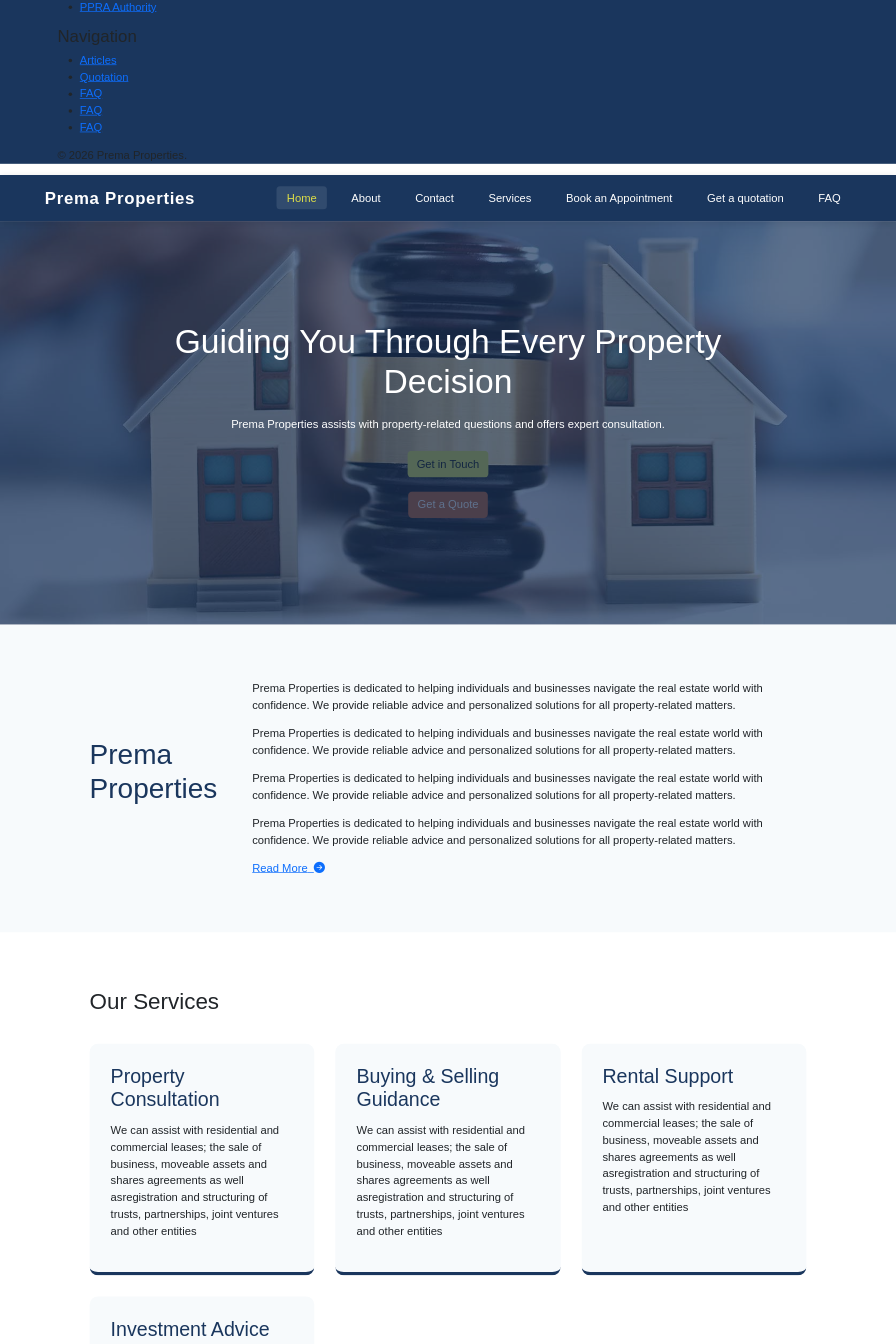
Repository: mnqobiMenzi/Prema-Properties
Page: index.html
An editor plug-in stored every save of this project. The page is shown before and after the next save, followed by the edit.
The browser window is 1280 px wide. The pictures show the part of the page from y = 2980 to 4900 px (the page is 6235 px tall before and 3230 px after), at 70% of full size.

Above is the page before, as saved 2026-02-10 12:11:22.

### index.html
<!DOCTYPE html>
<html lang="en">
<head>
  <meta charset="UTF-8">
  <meta name="viewport" content="width=device-width, initial-scale=1.0">
  <title>prem Properties</title>
  <link rel="stylesheet" href="CSS/style.css">
  <link rel="stylesheet" href="https://cdn.jsdelivr.net/npm/bootstrap-icons@1.13.1/font/bootstrap-icons.min.css">
  <link href="https://cdn.jsdelivr.net/npm/bootstrap@5.3.8/dist/css/bootstrap.min.css" rel="stylesheet" integrity="..." crossorigin="anonymous">
</head>
<body>

  <!-- Header / Navigation -->
  <header>
    <div class="logo">Prema Properties</div>
    <nav>
      <a href="#home" class="active">Home</a>
      <a href="about-us.html">About</a>
      <a href="contact-us.html">Contact</a>
      <a href="services.html">Services</a>
      <a href="appointment.html">Book an Appointment</a>
      <a href="quote.html">Get a quotation</a>
      <a href="FAQ.html">FAQ</a>
    </nav>
  </header>

  <!-- Hero Section -->
  <section id="home" class="hero">
    <h1>Guiding You Through Every Property Decision</h1>
    <p>Prema Properties assists with property-related questions and offers expert consultation.</p>
    <a href="contact-us.html" class="btn" id="contact">Get in Touch</a>
    <a href="quote.html" class="btn" id="quote">Get a Quote</a>
  </section>

 <!-- About Section -->
  <section id="about" class="about">
    <article class="about-article">
      <h2>Prema Properties</h2>
    </article>
      <article>
        <p>
          Prema Properties is dedicated to helping individuals and businesses navigate the real estate world with confidence. We provide reliable advice and personalized solutions for all property-related matters.
        </p>
        <p>
          Prema Properties is dedicated to helping individuals and businesses navigate the real estate world with confidence. We provide reliable advice and personalized solutions for all property-related matters.
        </p>
        <p>
          Prema Properties is dedicated to helping individuals and businesses navigate the real estate world with confidence. We provide reliable advice and personalized solutions for all property-related matters.
        </p>
        <p>
          Prema Properties is dedicated to helping individuals and businesses navigate the real estate world with confidence. We provide reliable advice and personalized solutions for all property-related matters.
        </p>
        <a href="about-us.html">Read More<span>&nbsp;&nbsp;<i class="bi bi-arrow-right-circle-fill"></i></span></a>
    </article>
  </section>
  <!-- Services Section -->
  <section id="services" class="services">
    <h2>Our Services</h2>
    <div class="service-list">
      <div class="service">
        <h3>Property Consultation</h3>
        <div class="service-description">
          <p>We can assist with residential and commercial leases; the sale of business, moveable assets and shares agreements as well asregistration and structuring of trusts, partnerships, joint ventures and other entities</p>
        </div>
      </div>
      <div class="service">
        <h3>Buying & Selling Guidance</h3>
        <div class="service-description">
          <p>We can assist with residential and commercial leases; the sale of business, moveable assets and shares agreements as well asregistration and structuring of trusts, partnerships, joint ventures and other entities</p>
        </div>
      </div>
      <div class="service">
        <h3>Rental Support</h3>
        <div class="service-description">
          <p>We can assist with residential and commercial leases; the sale of business, moveable assets and shares agreements as well asregistration and structuring of trusts, partnerships, joint ventures and other entities</p>
        </div>
      </div>
      <div class="service">
        <h3>Investment Advice</h3>
        <div class="service-description">
          <p>We can assist with residential and commercial leases; the sale of business, moveable assets and shares agreements as well asregistration and structuring of trusts, partnerships, joint ventures and other entities</p>
        </div>
      </div>
    </div>
  </section>

  <section id="why-choose-us" class="choose-content">
    <article class="choose-text">
      <div class="choose-title">
        <h2>Why Go with us?</h2>
      </div>
      <h3>We have thirty years of experience in conveyancing and property related legal matters.</h3>
        <p>As a small firm centrally located in Pretoria, we have experienced staff that have been with us for over twenty years. A vast number of conveyancing transactions have been professionally executed for clients, parastatals, banks and private individuals over the past three decades.
          Our firm also specializes in Sectional Title matters as well as Retirement Developments.
          We have wide ranging experience in respect of the Sectional Titles Act as well as the Sectional Titles Schemes Management Act. Our firm also provides specialist advice on the Development Schemes for Retired Persons Act as we act for a wide range of retirement villages and have specialist expertise in the field of ownership and life right arrangements in such developments.
        </p>
        </article>
        <article class="choose-image">
          <img src="images/pexels-kindelmedia-7579138.jpg" alt="Why Choose Us?">
        </article>
  </section>

  <!-- Contact Section -->
  <section id="contact-us" class="contact">
    <h2>Contact Us</h2>
  </section>
  <!-- Footer -->
  <div id="footer-placeholder"></div>
  <script src="JavaScript/script.js"></script>
</html>
</body><!DOCTYPE html>
<html lang="en">
<head>
  <meta charset="UTF-8">
  <meta name="viewport" content="width=device-width, initial-scale=1.0">
  <title>prem Properties</title>
  <link rel="stylesheet" href="CSS/style.css">
  <link rel="stylesheet" href="https://cdn.jsdelivr.net/npm/bootstrap-icons@1.13.1/font/bootstrap-icons.min.css">
  <link href="https://cdn.jsdelivr.net/npm/bootstrap@5.3.8/dist/css/bootstrap.min.css" rel="stylesheet" integrity="..." crossorigin="anonymous">
</head>
<body>

  <!-- Header / Navigation -->
  <header>
    <div class="logo">Prema Properties</div>
    <nav>
      <a href="#home" class="active">Home</a>
      <a href="about-us.html">About</a>
      <a href="contact-us.html">Contact</a>
      <a href="services.html">Services</a>
      <a href="appointment.html">Book an Appointment</a>
      <a href="quote.html">Get a quotation</a>
      <a href="FAQ.html">FAQ</a>
    </nav>
  </header>

  <!-- Hero Section -->
  <section id="home" class="hero">
    <h1>Guiding You Through Every Property Decision</h1>
    <p>Prema Properties assists with property-related questions and offers expert consultation.</p>
    <a href="contact-us.html" class="btn" id="contact">Get in Touch</a>
    <a href="quote.html" class="btn" id="quote">Get a Quote</a>
  </section>

 <!-- About Section -->
  <section id="about" class="about">
    <article class="about-article">
      <h2>Prema Properties</h2>
    </article>
      <article>
        <p>
          Prema Properties is dedicated to helping individuals and businesses navigate the real estate world with confidence. We provide reliable advice and personalized solutions for all property-related matters.
        </p>
        <p>
          Prema Properties is dedicated to helping individuals and businesses navigate the real estate world with confidence. We provide reliable advice and personalized solutions for all property-related matters.
        </p>
        <p>
          Prema Properties is dedicated to helping individuals and businesses navigate the real estate world with confidence. We provide reliable advice and personalized solutions for all property-related matters.
        </p>
        <p>
          Prema Properties is dedicated to helping individuals and businesses navigate the real estate world with confidence. We provide reliable advice and personalized solutions for all property-related matters.
        </p>
        <a href="about-us.html">Read More<span>&nbsp;&nbsp;<i class="bi bi-arrow-right-circle-fill"></i></span></a>
    </article>
  </section>
  <!-- Services Section -->
  <section id="services" class="services">
    <h2>Our Services</h2>
    <div class="service-list">
      <div class="service">
        <h3>Property Consultation</h3>
        <div class="service-description">
          <p>We can assist with residential and commercial leases; the sale of business, moveable assets and shares agreements as well asregistration and structuring of trusts, partnerships, joint ventures and other entities</p>
        </div>
      </div>
      <div class="service">
        <h3>Buying & Selling Guidance</h3>
        <div class="service-description">
          <p>We can assist with residential and commercial leases; the sale of business, moveable assets and shares agreements as well asregistration and structuring of trusts, partnerships, joint ventures and other entities</p>
        </div>
      </div>
      <div class="service">
        <h3>Rental Support</h3>
        <div class="service-description">
          <p>We can assist with residential and commercial leases; the sale of business, moveable assets and shares agreements as well asregistration and structuring of trusts, partnerships, joint ventures and other entities</p>
        </div>
      </div>
      <div class="service">
        <h3>Investment Advice</h3>
        <div class="service-description">
          <p>We can assist with residential and commercial leases; the sale of business, moveable assets and shares agreements as well asregistration and structuring of trusts, partnerships, joint ventures and other entities</p>
        </div>
      </div>
    </div>
  </section>

  <section id="why-choose-us" class="choose-content">
    <article class="choose-text">
      <div class="choose-title">
        <h2>Why Go with us?</h2>
      </div>
      <h3>We have thirty years of experience in conveyancing and property related legal matters.</h3>
        <p>As a small firm centrally located in Pretoria, we have experienced staff that have been with us for over twenty years. A vast number of conveyancing transactions have been professionally executed for clients, parastatals, banks and private individuals over the past three decades.
          Our firm also specializes in Sectional Title matters as well as Retirement Developments.
          We have wide ranging experience in respect of the Sectional Titles Act as well as the Sectional Titles Schemes Management Act. Our firm also provides specialist advice on the Development Schemes for Retired Persons Act as we act for a wide range of retirement villages and have specialist expertise in the field of ownership and life right arrangements in such developments.
        </p>
        </article>
        <article class="choose-image">
          <img src="images/pexels-kindelmedia-7579138.jpg" alt="Why Choose Us?">
        </article>
  </section>

  <!-- Contact Section -->
  <section id="contact-us" class="contact">
    <h2>Contact Us</h2>
  </section>
  <!-- Footer -->
  <div id="footer-placeholder"></div>
  <script src="JavaScript/script.js"></script>
</html>
</body>

### CSS/style.css
/* --- Global Variables & Reset --- */
:root {
  --primary: #1a365d;    /* Professional Navy */
  --secondary: #c05621;  /* Earthy Orange/Rust */
  --accent-yellow: #dfdf47;
  --light-bg: #f7fafc;
  --text-dark: #2d3748;
  --white: #ffffff;
  --transition: all 0.3s ease;
}

* {
  margin: 0;
  padding: 0;
  box-sizing: border-box;
  font-family: 'Poppins', Arial, sans-serif;
}

body {
  line-height: 1.6;
  color: var(--text-dark);
  background-color: var(--white);
}

/* --- Header & Navigation --- */
header {
  position: sticky;
  top: 0;
  display: flex;
  justify-content: space-between;
  align-items: center;
  padding: 15px 5%;
  background: var(--primary);
  color: var(--white);
  z-index: 1000;
  box-shadow: 0 2px 10px rgba(0,0,0,0.1);
}

header .logo {
  font-size: 1.5rem;
  font-weight: 700;
  letter-spacing: 1px;
}

header nav a {
  margin-left: 15px;
  color: var(--white);
  padding: 8px 15px;
  border-radius: 5px;
  text-decoration: none;
  font-weight: 500;
  transition: var(--transition);
}

header nav a:hover, header nav a.active {
  background: rgba(255, 255, 255, 0.1);
  color: var(--accent-yellow);
}

/* --- Dynamic Hero Section --- */
.hero {
  position: relative;
  height: 80vh; /* Better than 120vh for standard screens */
  display: flex;
  flex-direction: column;
  align-items: center;
  justify-content: center;
  text-align: center;
  color: var(--white);
  background: url('../images/Sectional-Title-Disputes.jpg') no-repeat center center/cover;
}

.hero::before {
  content: "";
  position: absolute;
  top: 0; left: 0; width: 100%; height: 100%;
  background: rgba(26, 54, 93, 0.7); /* Navy overlay for readability */
  z-index: 1;
}

.hero h1, .hero p, .hero-btns {
  position: relative;
  z-index: 2;
  max-width: 800px;
}

.hero h1 { font-size: 3rem; margin-bottom: 20px; }

.btn {
  display: inline-block;
  padding: 12px 25px;
  border-radius: 5px;
  text-decoration: none;
  font-weight: bold;
  margin: 10px;
  transition: var(--transition);
}

#contact { background: var(--accent-yellow); color: #000; }
#quote { background: var(--secondary); color: var(--white); }

.btn:hover { transform: translateY(-3px); box-shadow: 0 5px 15px rgba(0,0,0,0.3); }

/* --- Section Layouts --- */
section { padding: 80px 10%; }

/* About Section (Home Page Flex) */
.about {
  display: flex;
  gap: 50px;
  align-items: center;
  background: var(--light-bg);
}

.about-article { flex: 1; text-align: left; }
.about-article h2 { font-size: 2.5rem; color: var(--primary); margin-bottom: 20px; }

/* Services Grid */
.services { background: var(--white); }
.service-list {
  display: grid;
  grid-template-columns: repeat(auto-fit, minmax(250px, 1fr));
  gap: 30px;
  margin-top: 40px;
}

.service {
  background: var(--light-bg);
  padding: 30px;
  border-radius: 12px;
  border-bottom: 5px solid var(--primary);
  transition: var(--transition);
  text-align: left;
}

.service:hover { transform: translateY(-10px); }
.service h3 { color: var(--primary); margin-bottom: 15px; }

/* Why Choose Us (Split Content) */
.choose-content {
  display: flex;
  gap: 60px;
  align-items: center;
  text-align: left;
}

.choose-text { flex: 1; }
.choose-image { flex: 1; }
.choose-image img {
  width: 100%;
  border-radius: 15px;
  box-shadow: 20px 20px 0 var(--primary);
}

/* --- Utility Footer Loading State --- */
#footer-placeholder {
  min-height: 200px;
  background: var(--primary);
}

/* Responsive */
@media (max-width: 992px) {
  .about, .choose-content { flex-direction: column; text-align: center; }
  .hero h1 { font-size: 2rem; }
}

### JavaScript/script.js
document.addEventListener("DOMContentLoaded", function() {
    const footerPlaceholder = document.getElementById("footer-placeholder");

    if (footerPlaceholder) {
        fetch("footer.html")
            .then(response => {
                if (!response.ok) throw new Error("Footer file not found");
                return response.text();
            })
            .then(data => {
                footerPlaceholder.innerHTML = data;
            })
            .catch(err => {
                console.warn("Footer load failed. Error:", err);
                // Fallback text so you know it's trying to work
                footerPlaceholder.innerHTML = "<p style='text-align:center; padding:20px;'>Footer Loading...</p>";
            });
    }
});

### footer.html
<!DOCTYPE html>
<html lang="en">
<head>
    <meta charset="UTF-8">
    <meta name="viewport" content="width=device-width, initial-scale=1.0">
    <title>Document</title>
</head>
<body>
    <footer class="main-footer">
  <div class="container footer-grid">
    <div class="footer-column brand-info">
      <div class="logo">Prema Properties</div>
      <p>Specialized consulting for community schemes. We bridge the gap between complex legislation and sustainable property growth.</p>
      <a href="quote.html" class="footer-cta-btn">Request a Quotation</a>
    </div>

    <div class="footer-column">
      <h4>Governance Resources</h4>
      <ul>
        <li><a href="https://www.csos.org.za/" target="_blank">CSOS (Ombud Service)</a></li>
        <li><a href="https://www.pama.org.za/" target="_blank">PAMA</a></li>
        <li><a href="https://www.eaab.org.za/" target="_blank">PPRA Authority</a></li>
      </ul>
    </div>

    <div class="footer-column">
      <h4>Navigation</h4>
      <ul>
        <li><a href="articles.html">Articles</a></li>
        <li><a href="quote.html">Quotation</a></li>
        <li><a href="FAQ.html">FAQ</a></li>
        <li><a href="about-us.html">FAQ</a></li>
        <li><a href="contact-us.html">FAQ</a></li>
      </ul>
    </div>
  </div>
  <div class="footer-bottom">
    <div class="container"><p>&copy; 2026 Prema Properties.</p></div>
  </div>
</footer>
</body>
</html>

After the next save:
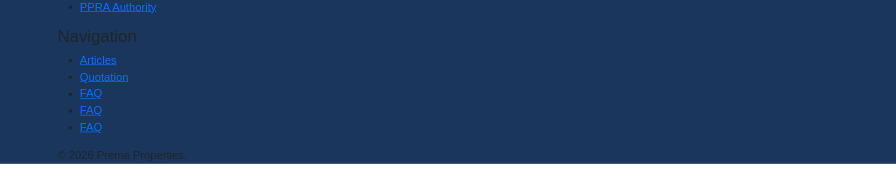
Saved 56 s later.
--- a/index.html
+++ b/index.html
@@ -108,114 +108,4 @@
   <div id="footer-placeholder"></div>
   <script src="JavaScript/script.js"></script>
 </html>
-</body><!DOCTYPE html>
-<html lang="en">
-<head>
-  <meta charset="UTF-8">
-  <meta name="viewport" content="width=device-width, initial-scale=1.0">
-  <title>prem Properties</title>
-  <link rel="stylesheet" href="CSS/style.css">
-  <link rel="stylesheet" href="https://cdn.jsdelivr.net/npm/bootstrap-icons@1.13.1/font/bootstrap-icons.min.css">
-  <link href="https://cdn.jsdelivr.net/npm/bootstrap@5.3.8/dist/css/bootstrap.min.css" rel="stylesheet" integrity="..." crossorigin="anonymous">
-</head>
-<body>
-
-  <!-- Header / Navigation -->
-  <header>
-    <div class="logo">Prema Properties</div>
-    <nav>
-      <a href="#home" class="active">Home</a>
-      <a href="about-us.html">About</a>
-      <a href="contact-us.html">Contact</a>
-      <a href="services.html">Services</a>
-      <a href="appointment.html">Book an Appointment</a>
-      <a href="quote.html">Get a quotation</a>
-      <a href="FAQ.html">FAQ</a>
-    </nav>
-  </header>
-
-  <!-- Hero Section -->
-  <section id="home" class="hero">
-    <h1>Guiding You Through Every Property Decision</h1>
-    <p>Prema Properties assists with property-related questions and offers expert consultation.</p>
-    <a href="contact-us.html" class="btn" id="contact">Get in Touch</a>
-    <a href="quote.html" class="btn" id="quote">Get a Quote</a>
-  </section>
-
- <!-- About Section -->
-  <section id="about" class="about">
-    <article class="about-article">
-      <h2>Prema Properties</h2>
-    </article>
-      <article>
-        <p>
-          Prema Properties is dedicated to helping individuals and businesses navigate the real estate world with confidence. We provide reliable advice and personalized solutions for all property-related matters.
-        </p>
-        <p>
-          Prema Properties is dedicated to helping individuals and businesses navigate the real estate world with confidence. We provide reliable advice and personalized solutions for all property-related matters.
-        </p>
-        <p>
-          Prema Properties is dedicated to helping individuals and businesses navigate the real estate world with confidence. We provide reliable advice and personalized solutions for all property-related matters.
-        </p>
-        <p>
-          Prema Properties is dedicated to helping individuals and businesses navigate the real estate world with confidence. We provide reliable advice and personalized solutions for all property-related matters.
-        </p>
-        <a href="about-us.html">Read More<span>&nbsp;&nbsp;<i class="bi bi-arrow-right-circle-fill"></i></span></a>
-    </article>
-  </section>
-  <!-- Services Section -->
-  <section id="services" class="services">
-    <h2>Our Services</h2>
-    <div class="service-list">
-      <div class="service">
-        <h3>Property Consultation</h3>
-        <div class="service-description">
-          <p>We can assist with residential and commercial leases; the sale of business, moveable assets and shares agreements as well asregistration and structuring of trusts, partnerships, joint ventures and other entities</p>
-        </div>
-      </div>
-      <div class="service">
-        <h3>Buying & Selling Guidance</h3>
-        <div class="service-description">
-          <p>We can assist with residential and commercial leases; the sale of business, moveable assets and shares agreements as well asregistration and structuring of trusts, partnerships, joint ventures and other entities</p>
-        </div>
-      </div>
-      <div class="service">
-        <h3>Rental Support</h3>
-        <div class="service-description">
-          <p>We can assist with residential and commercial leases; the sale of business, moveable assets and shares agreements as well asregistration and structuring of trusts, partnerships, joint ventures and other entities</p>
-        </div>
-      </div>
-      <div class="service">
-        <h3>Investment Advice</h3>
-        <div class="service-description">
-          <p>We can assist with residential and commercial leases; the sale of business, moveable assets and shares agreements as well asregistration and structuring of trusts, partnerships, joint ventures and other entities</p>
-        </div>
-      </div>
-    </div>
-  </section>
-
-  <section id="why-choose-us" class="choose-content">
-    <article class="choose-text">
-      <div class="choose-title">
-        <h2>Why Go with us?</h2>
-      </div>
-      <h3>We have thirty years of experience in conveyancing and property related legal matters.</h3>
-        <p>As a small firm centrally located in Pretoria, we have experienced staff that have been with us for over twenty years. A vast number of conveyancing transactions have been professionally executed for clients, parastatals, banks and private individuals over the past three decades.
-          Our firm also specializes in Sectional Title matters as well as Retirement Developments.
-          We have wide ranging experience in respect of the Sectional Titles Act as well as the Sectional Titles Schemes Management Act. Our firm also provides specialist advice on the Development Schemes for Retired Persons Act as we act for a wide range of retirement villages and have specialist expertise in the field of ownership and life right arrangements in such developments.
-        </p>
-        </article>
-        <article class="choose-image">
-          <img src="images/pexels-kindelmedia-7579138.jpg" alt="Why Choose Us?">
-        </article>
-  </section>
-
-  <!-- Contact Section -->
-  <section id="contact-us" class="contact">
-    <h2>Contact Us</h2>
-  </section>
-  <!-- Footer -->
-  <div id="footer-placeholder"></div>
-  <script src="JavaScript/script.js"></script>
-</html>
 </body>
